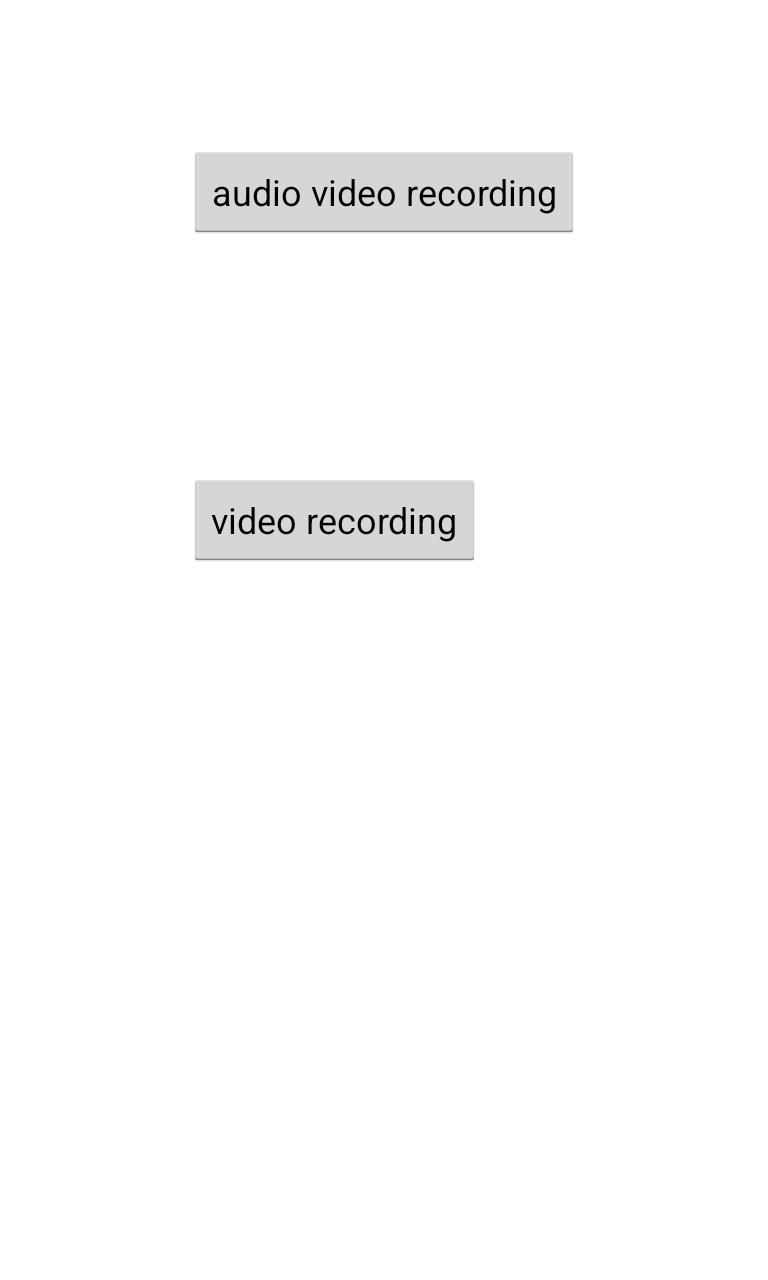
Repository: arjuntheprogrammer/iact
Layout: iact/iact android practice/mywork/audioVideoRecording/res/layout/activity_main.xml
The author's editor kept a copy of each file at every save. The layout is drawn from the files as they stood at one save, then again after the next save.
It is drawn on a 768 x 1280 px phone screen (xhdpi) without system bars, with theme AppTheme; the app's code is not run.

Above is the layout before, as saved 2016-01-02 06:22:44.

### iact/iact android practice/mywork/audioVideoRecording/res/layout/activity_main.xml
<RelativeLayout xmlns:android="http://schemas.android.com/apk/res/android"
    xmlns:tools="http://schemas.android.com/tools"
    android:layout_width="match_parent"
    android:layout_height="match_parent"
    android:paddingBottom="@dimen/activity_vertical_margin"
    android:paddingLeft="@dimen/activity_horizontal_margin"
    android:paddingRight="@dimen/activity_horizontal_margin"
    android:paddingTop="@dimen/activity_vertical_margin"
    tools:context=".MainActivity" >

    <Button
        android:id="@+id/button1"
        android:layout_width="wrap_content"
        android:layout_height="wrap_content"
        android:layout_alignParentTop="true"
        android:layout_centerHorizontal="true"
        android:layout_marginTop="56dp"
        android:text="audio video recording" />

    <Button
        android:id="@+id/button2"
        android:layout_width="wrap_content"
        android:layout_height="wrap_content"
        android:layout_alignLeft="@+id/button1"
        android:layout_below="@+id/button1"
        android:layout_marginTop="116dp"
        android:text="video recording" />

</RelativeLayout>

Loaded but not shown: iact/iact android practice/mywork/audioVideoRecording/res/values/styles.xml (common file); iact/iact android practice/mywork/audioVideoRecording/res/values-v11/styles.xml (common file); iact/iact android practice/mywork/audioVideoRecording/res/values-v14/styles.xml (common file); iact/iact android practice/mywork/audioVideoRecording/res/values/dimens.xml (common file)

After the next save:
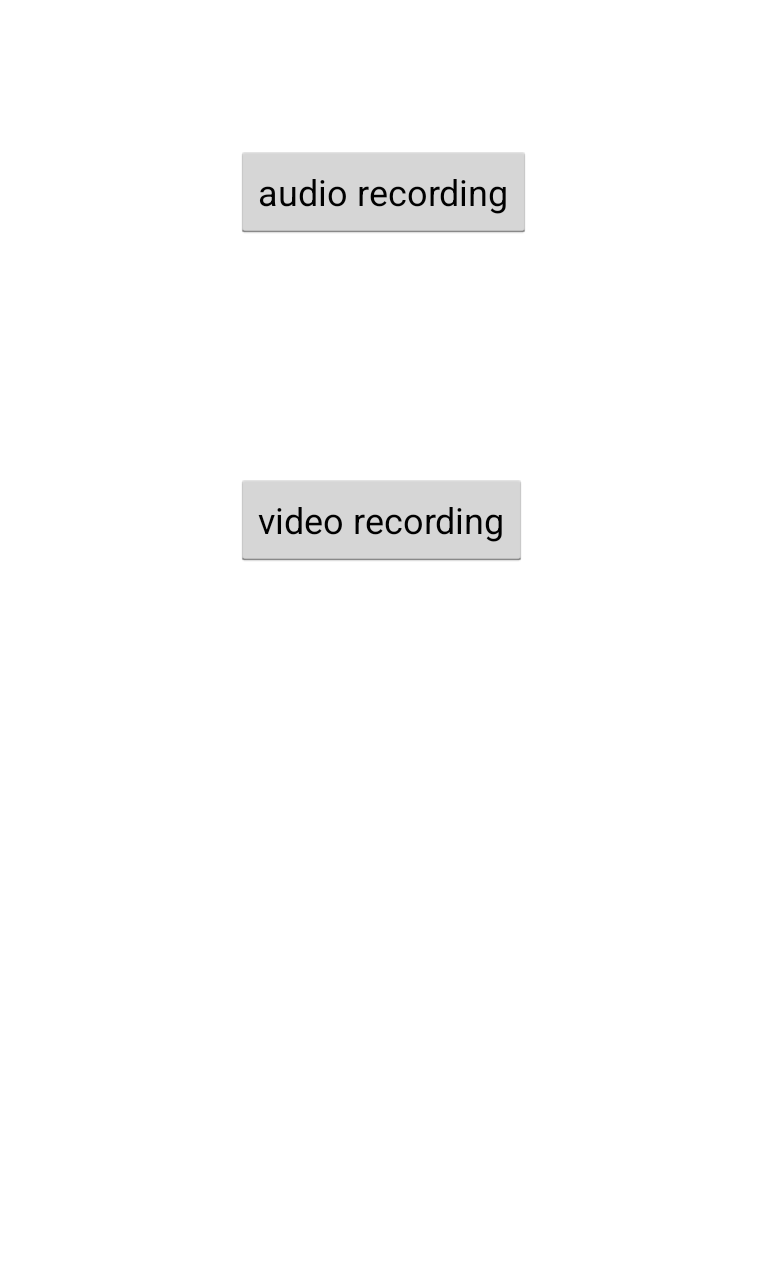
Saved 5 s later.
--- a/iact/iact android practice/mywork/audioVideoRecording/res/layout/activity_main.xml
+++ b/iact/iact android practice/mywork/audioVideoRecording/res/layout/activity_main.xml
@@ -15,7 +15,7 @@
         android:layout_alignParentTop="true"
         android:layout_centerHorizontal="true"
         android:layout_marginTop="56dp"
-        android:text="audio video recording" />
+        android:text="audio recording" />
 
     <Button
         android:id="@+id/button2"
